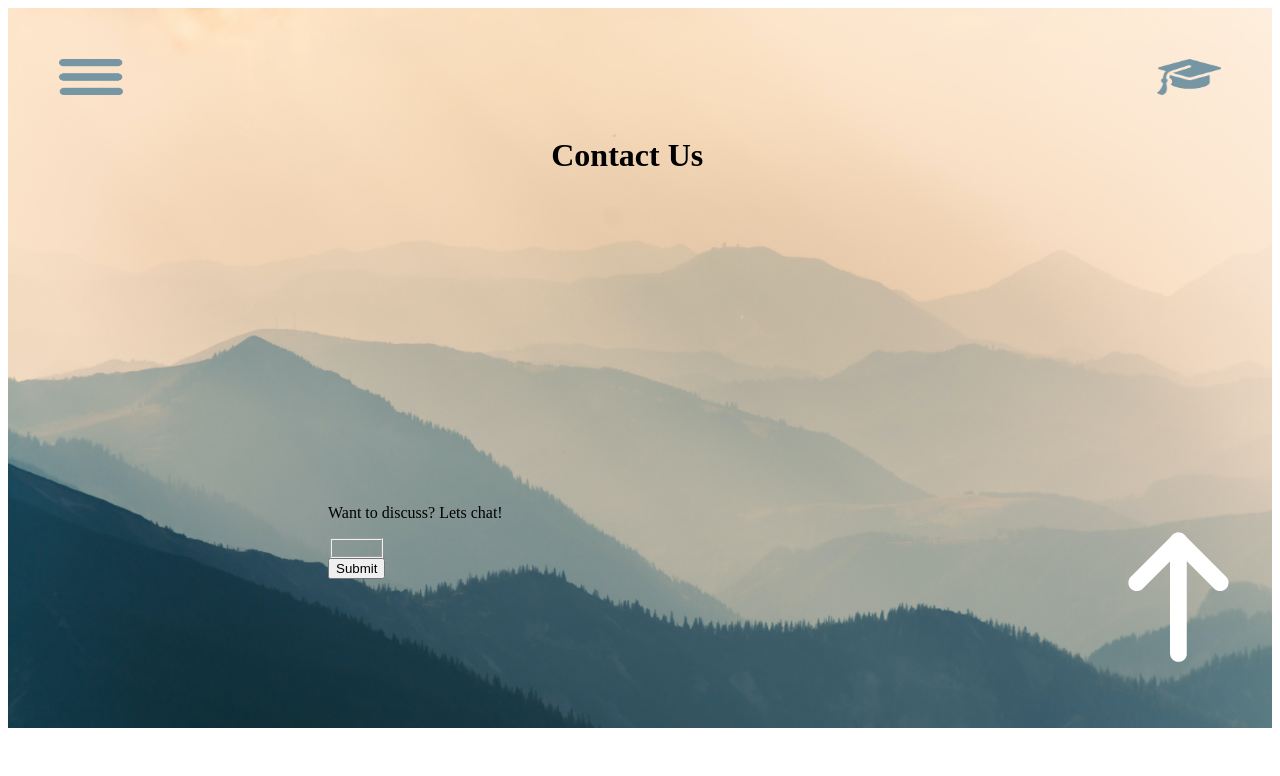
Repository: sierralaurent/MDIA2109-Assignment01
Page: /contact
The author's editor kept a copy of each file at every save. The page is drawn from the files as they stood at one save, then again after the next save.
The browser window is 1280 px wide. The pictures show the whole page.
The project was rebuilt for these pictures with package versions that can differ from the ones it lists, and the page was loaded fresh each time. The framework's server and built-in components were replaced by stand-ins that run in the browser. Also part of the build but not shown: next.config.js.

Above is the page before, as saved 2023-02-01 17:22:32.

### pages/contact.js
import Head from 'next/head'
import Image from 'next/image'
import { Inter } from '@next/font/google'
import styles from '@/styles/Home.module.css'
import Link from 'next/link'

export default function Contact() {
    return (
        <>
        <Head>
        <title>Contact Us</title>
        <meta name="author" content="MDIA 2109" />
        <meta property="og:title" content="Assignment #1 - Contact Us Page" />
        <meta property="og:description" content="BCIT Digital Design and Development Diploma" />
        <link rel="icon" href="/favicon.png" />
      </Head>
      <main className={styles.main}>
        <div className={styles.nav}>
            <img src="icons/menu-icon.png" className={styles.icon1}/>
            <img src="icons/graduation-hat.png" className={styles.icon2}/>
          </div>
          <div className={styles.header}> <h1>Contact Us</h1></div>
        <div className={styles.middle}>
            <p>Want to discuss? Lets chat!</p>
            <div className={styles.intro}>
              <form>
                <fieldset>
                <table>
                    <thead>
                        <tr></tr>
                    </thead>
                    <thead>
                        <tr></tr>
                    </thead>
                </table>
                </fieldset>
            </form>
            <button type="submit">Submit</button>
              </div>
        </div>
        <div className={styles.bottom}>
            <a href="/about">
              <span className={styles.icon3}>
                <img src="icons/upwardArrow.png"/>
              </span>
            </a>
          </div>
      </main>
        </>
    )
  }

### styles/Home.module.css
.carouselImage {
  height: 200px;
  background-repeat: no-repeat;
  background-size: cover;
  display: flex;
  justify-content: center;
  align-items: center;
  margin: 40px 0px;
}
.main {
  background-image: url('../public/background-images/backgroundMountain.jpg');
  background-size: cover;
  height: 100vh;
  position: relative;
}

.header {
  position: absolute;
  top: 15%;
  right: 45%;
}

.intro {
  position: absolute;

}

.buttons {
  position: absolute;
  bottom: 6rem;
  left: 1rem;

}
.butt {
  border: 3px solid white;
  border-radius: 8%;
  background-color: transparent;
  width: 10vw;
  height: 2.5vh;
  max-width: 15vw;
  max-height: 5vh;
  font-size: 1.25vh;

}

.butt:hover {
  background-color: white;
  color: black;
}

.h1 {
  font-size: 50px;
  padding: 2%;
}
.p {
  font-size: 22px;
  padding: 2%;
}

.middle {
  position: absolute;
  height: 40vh;
  width: 40vw;
  max-width: 40vw;
  max-height: 40vh;
  top: 30rem;
  left: 20rem;
}

.icon1 {
  width: 5vw;
  height: 5vh;
  float: left;
}

.icon2 {
  width: 5vw;
  height: 5vh;
  float: right;
}

.icon3 {
  width: 5vw;
  height: 5vh;
  float: right;
}

.bottom {
  position: absolute;
  bottom: 10rem;
  right: 5rem;
}

.nav {
  padding: 4%;
}

Loaded but not shown: pages/_document.js (common file); pages/api/hello.js (common file)

After the next save:
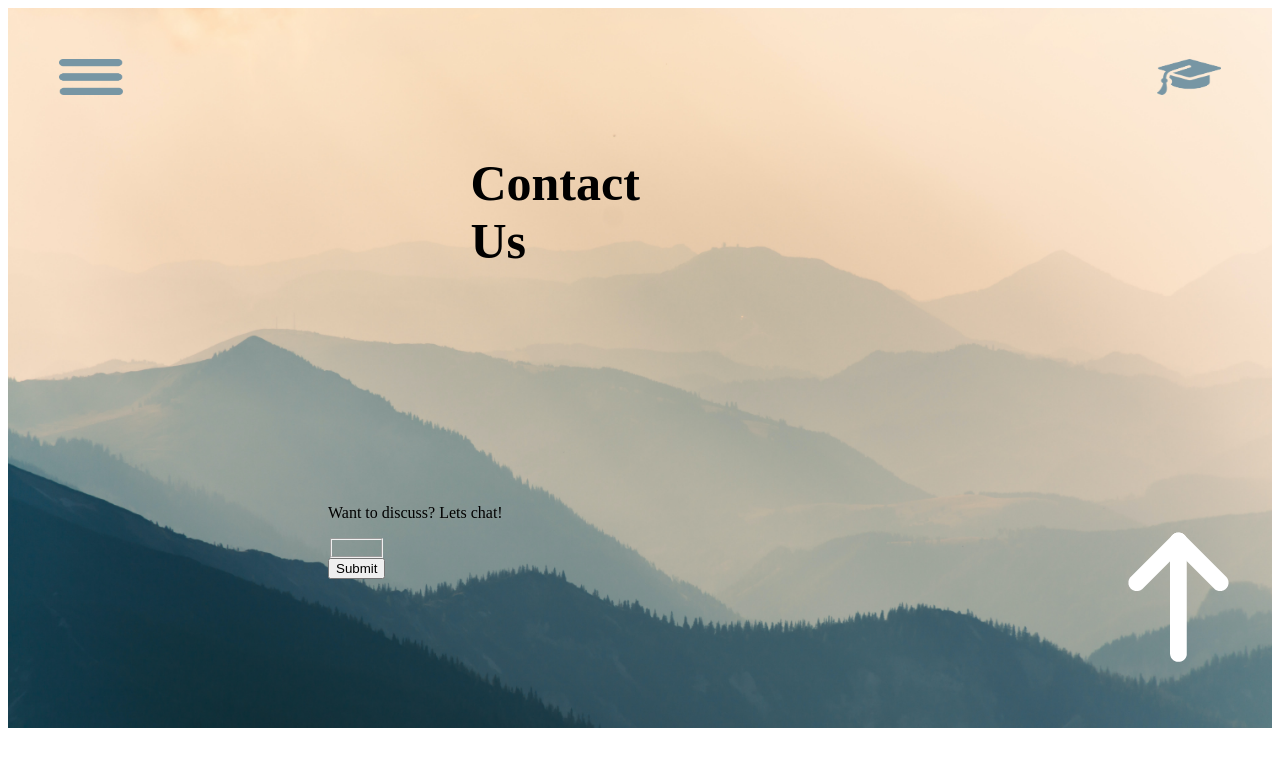
Saved 30 s later.
--- a/pages/contact.js
+++ b/pages/contact.js
@@ -19,7 +19,7 @@ export default function Contact() {
             <img src="icons/menu-icon.png" className={styles.icon1}/>
             <img src="icons/graduation-hat.png" className={styles.icon2}/>
           </div>
-          <div className={styles.header}> <h1>Contact Us</h1></div>
+          <div className={styles.header}><h1 className={styles.h1}>Contact Us</h1></div>
         <div className={styles.middle}>
             <p>Want to discuss? Lets chat!</p>
             <div className={styles.intro}>
